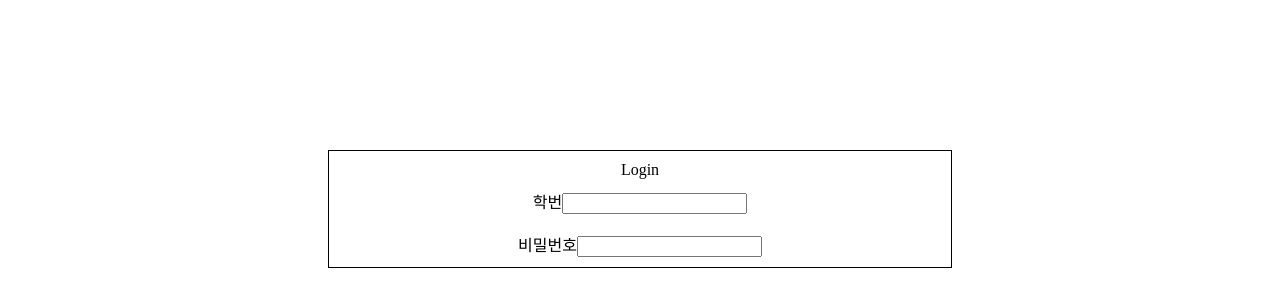
Repository: smandkd/Multicampus_Frontend
Page: http://localhost/Mulcam_Project/jsp/login.jsp
The author's editor kept a copy of each file at every save. The page is drawn from the files as they stood at one save, then again after the next save.
The browser window is 1280 px wide. The pictures show the whole page.
The page is served by Tomcat 9.

Above is the page before, as saved 2022-01-30 02:18:36.

### Mulcam_Project/jsp/login.jsp
<%@ page contentType="text/html; charset=utf-8"
    pageEncoding="EUC-KR"%>
<!DOCTYPE html>
<html>
<head>
<meta name="viewport" content="width=device-width, initial-scale=1.0">
<style type="text/css">
.a {
	text-align:center;
	margin-right:320px;
	margin-left:320px;
	margin-top:150px;
	padding-top:10px;
	border:1px solid;
}
.b {
	margin-top:10px;
}
.c {
	margin-bottom:10px;
}
</style>
</head>
<body>

<div class="a">
	Login
	<div>
		<div class="b">
		학번<input type="text"/>
		</div>
		<br/>
		<div class="c">
		비밀번호<input type="text"/>
		</div>
	</div>
</div>
</body>
</html>

After the next save:
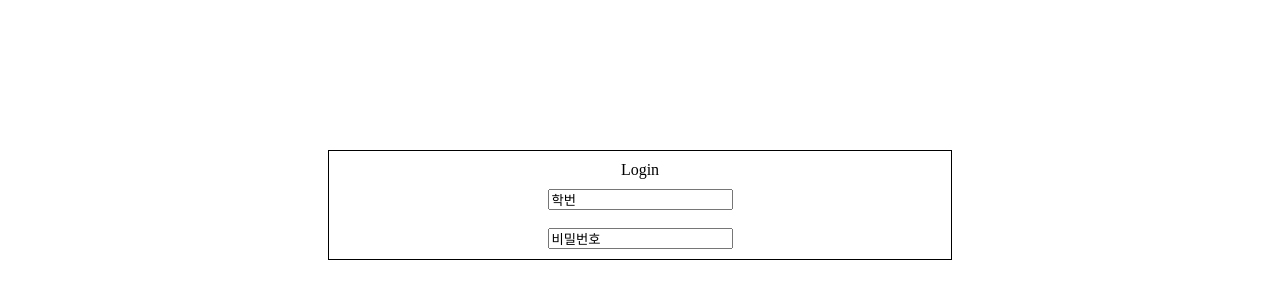
Saved 30 s later.
--- a/Mulcam_Project/jsp/login.jsp
+++ b/Mulcam_Project/jsp/login.jsp
@@ -27,11 +27,11 @@
 	Login
 	<div>
 		<div class="b">
-		학번<input type="text"/>
+		<input type="text" value="학번"/>
 		</div>
 		<br/>
 		<div class="c">
-		비밀번호<input type="text"/>
+		<input type="text" value="비밀번호"/>
 		</div>
 	</div>
 </div>
